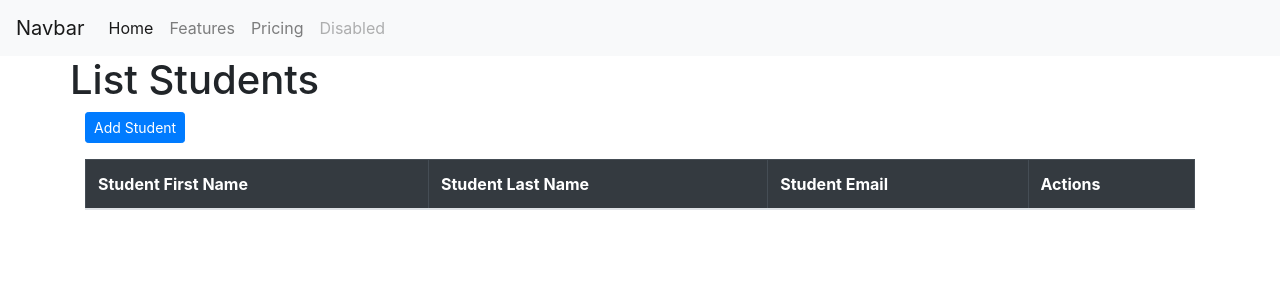
Repository: ahmedalimouhamed/springboot-projects
Page: http://localhost/students
These files come from the project's save history. The page is drawn as it stood at one moment and after the next save; the edit follows.
The browser window is 1280 px wide. The pictures show the whole page.
The page is this project's Thymeleaf template; nobody is signed in. The template is opened directly, without the code that normally fills it, so the values that code supplies are empty.

Above is the page before, as saved 2023-08-11 16:46:00.

### student-managment-system/src/main/resources/templates/students.html
<!DOCTYPE html>
<html xmlns:th="http://www.thymeleaf.org">
<head>
<meta charset="UTF-8">
<title>List of students</title>
<link rel="stylesheet"
	href="https://cdn.jsdelivr.net/npm/bootstrap@4.6.2/dist/css/bootstrap.min.css"
	integrity="sha384-xOolHFLEh07PJGoPkLv1IbcEPTNtaed2xpHsD9ESMhqIYd0nLMwNLD69Npy4HI+N"
	crossorigin="anonymous">
</head>
<body>
	<nav class="navbar navbar-expand-lg navbar-light bg-light">
		<a class="navbar-brand" href="#">Navbar</a>
		<button class="navbar-toggler" type="button" data-toggle="collapse"
			data-target="#navbarNav" aria-controls="navbarNav"
			aria-expanded="false" aria-label="Toggle navigation">
			<span class="navbar-toggler-icon"></span>
		</button>
		<div class="collapse navbar-collapse" id="navbarNav">
			<ul class="navbar-nav">
				<li class="nav-item active"><a class="nav-link" href="#">Home
						<span class="sr-only">(current)</span>
				</a></li>
				<li class="nav-item"><a class="nav-link" href="#">Features</a>
				</li>
				<li class="nav-item"><a class="nav-link" href="#">Pricing</a></li>
				<li class="nav-item"><a class="nav-link disabled" href="#">Disabled</a>
				</li>
			</ul>
		</div>
	</nav>
	<div class="container">
		<div class="row">
			<h1>List Students</h1>
		</div>
		<div class="row">
			<div class="col-lg-3">
				<a th:href="@{/students/new}" class="btn btn-primary btn-sm mb-3">Add
					Student</a>
			</div>
		</div>
		<table class="table table-striped table-bordered">
			<thead class="table-dark">
				<tr>
					<th>Student First Name</th>
					<th>Student Last Name</th>
					<th>Student Email</th>
					<th>Actions</th>
				</tr>
			</thead>
			<tbody>
				<tr th:each="student:${students}">
					<td th:text="${student.firstName}"></td>
					<td th:text="${student.lastName}"></td>
					<td th:text="${student.email}"></td>
				</tr>
			</tbody>
		</table>
	</div>
</body>
</html>

After the next save:
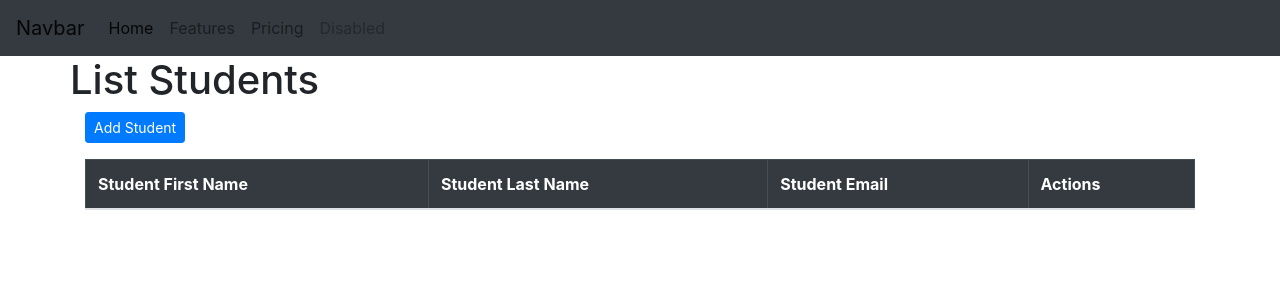
Saved 15 s later.
--- a/student-managment-system/src/main/resources/templates/students.html
+++ b/student-managment-system/src/main/resources/templates/students.html
@@ -9,7 +9,7 @@
 	crossorigin="anonymous">
 </head>
 <body>
-	<nav class="navbar navbar-expand-lg navbar-light bg-light">
+	<nav class="navbar navbar-expand-lg navbar-light bg-dark">
 		<a class="navbar-brand" href="#">Navbar</a>
 		<button class="navbar-toggler" type="button" data-toggle="collapse"
 			data-target="#navbarNav" aria-controls="navbarNav"
